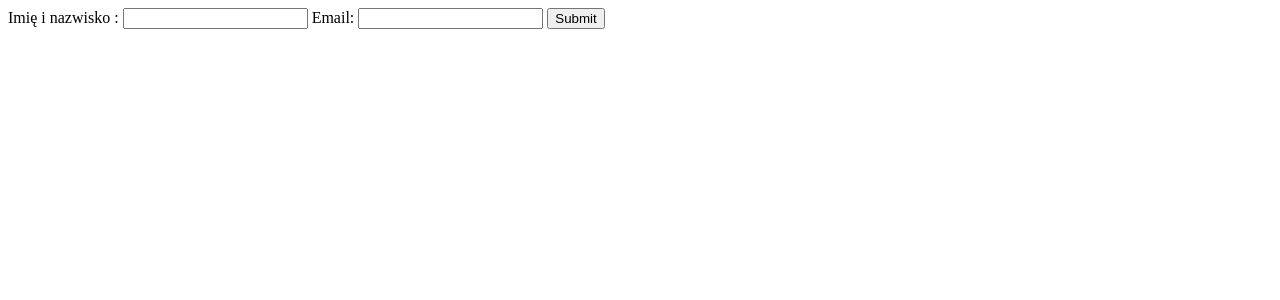
Repository: magdaf41/JavaScript
Page: JS DOM zadanie_5/index.html
These files come from the project's save history. The page is drawn as it stood at one moment and after the next save; the edit follows.
The browser window is 1280 px wide. The pictures show the whole page.

Above is the page before, as saved 2020-09-06 15:11:18.

### JS DOM zadanie_5/index.html
<!DOCTYPE html>
<html lang="en">

<head>
    <meta charset="UTF-8">
    <meta name="viewport" content="width=device-width, initial-scale=1.0">
    <title>Warsztat 2 - Obsługa formularza</title>
    <link rel="stylesheet" href="css/style.css">
</head>

<body>
    <form id="form" action="">
        <label>Imię  i nazwisko : <input type="text" name="name" value=""></label>
        <label>Email: <input type="text" name="email" id="email"> </label>
        <input id="submit" type="submit" value="Submit">
    </form>


    <script src="js/script.js"></script>
</body>

</html>

### JS DOM zadanie_5/js/script.js
const send = (event) => {
    event.preventDefault();
    let fname = document.querySelector('[name = "fname"');
    let lname = document.querySelector('[name ="lname"');
    console.log(`Imię: ${fname.value}, Nazwisko: ${lname.value}`);
}

let form = document.getElementById('form');
form.addEventListener('submit', send);

Loaded but not shown: JS DOM zadanie_5/css/style.css (no stored copy; drawn as an empty file)

After the next save:
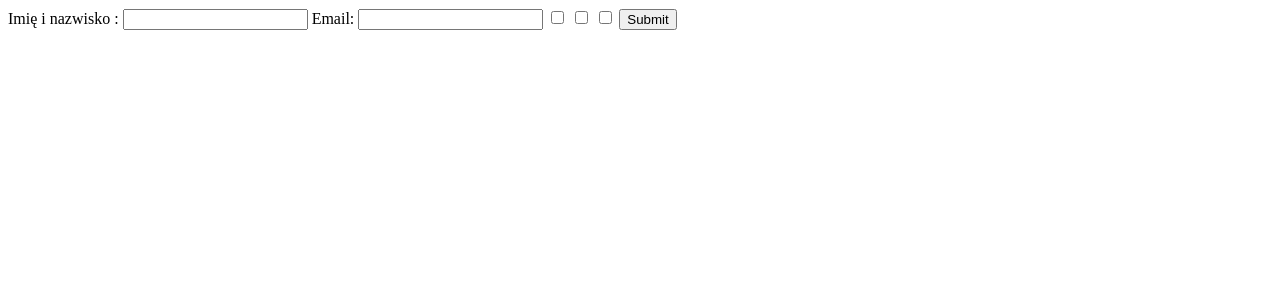
Saved 105 s later.
--- a/JS DOM zadanie_5/index.html
+++ b/JS DOM zadanie_5/index.html
@@ -12,6 +12,9 @@
     <form id="form" action="">
         <label>Imię  i nazwisko : <input type="text" name="name" value=""></label>
         <label>Email: <input type="text" name="email" id="email"> </label>
+        <input type="checkbox" name="allAccept" id="allAccept">
+        <input type="checkbox" name="accept_1" id="accept">
+        <input type="checkbox" name="accept_2" id="accept">
         <input id="submit" type="submit" value="Submit">
     </form>
 
